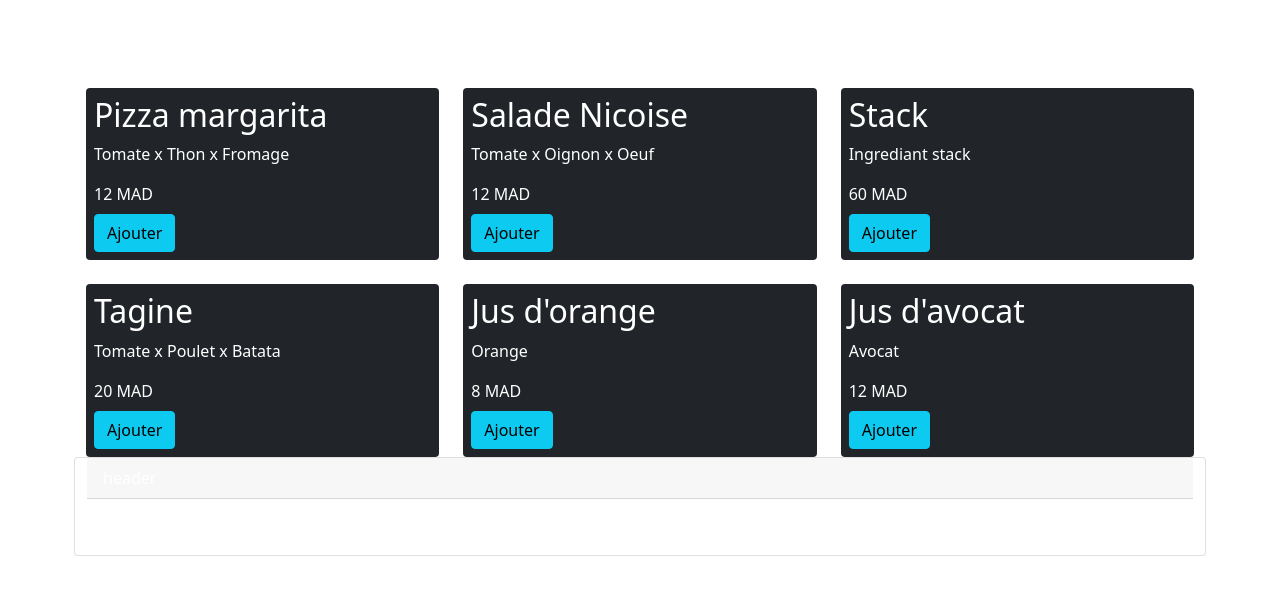
Repository: FS-23/my-restaurant
Page: /
An editor plug-in stored every save of this project. The page is shown before and after the next save, followed by the edit.
The browser window is 1280 px wide. The pictures show the whole page.
The project was rebuilt for these pictures with package versions that can differ from the ones it lists, and the page was loaded fresh each time.

Above is the page before, as saved 2022-04-29 14:08:17.

### public/index.html
<!DOCTYPE html>
<html lang="en">
  <head>
    <meta charset="utf-8" />
    <link rel="icon" href="%PUBLIC_URL%/favicon.ico" />
    <meta name="viewport" content="width=device-width, initial-scale=1" />
    <meta name="theme-color" content="#000000" />
    <meta
      name="description"
      content="Web site created using create-react-app"
    />
    <link rel="apple-touch-icon" href="%PUBLIC_URL%/logo192.png" />
    <!--
      manifest.json provides metadata used when your web app is installed on a
      user's mobile device or desktop. See https://developers.google.com/web/fundamentals/web-app-manifest/
    -->
    <link rel="manifest" href="%PUBLIC_URL%/manifest.json" />
    <!--
      Notice the use of %PUBLIC_URL% in the tags above.
      It will be replaced with the URL of the `public` folder during the build.
      Only files inside the `public` folder can be referenced from the HTML.

      Unlike "/favicon.ico" or "favicon.ico", "%PUBLIC_URL%/favicon.ico" will
      work correctly both with client-side routing and a non-root public URL.
      Learn how to configure a non-root public URL by running `npm run build`.
    -->
    <title>React App</title>
    <!-- CSS only -->
<link href="https://cdn.jsdelivr.net/npm/bootstrap@5.1.3/dist/css/bootstrap.min.css" rel="stylesheet">
  </head>
  <body>
    <noscript>You need to enable JavaScript to run this app.</noscript>
    <div id="root"></div>
    <!--
      This HTML file is a template.
      If you open it directly in the browser, you will see an empty page.

      You can add webfonts, meta tags, or analytics to this file.
      The build step will place the bundled scripts into the <body> tag.

      To begin the development, run `npm start` or `yarn start`.
      To create a production bundle, use `npm run build` or `yarn build`.
    -->
  </body>
</html>

### src/index.css
.plat-container:hover {
     top: -10px;

}

.plat-container {
  top: 0;
  transition: top 0.5s;
}


.app-gradient-container {
   background-image: linear-gradient(160deg , red , blue);
   opacity: 0.2;
}

### src/App.js
import Menu from './components/Menu'
function App() {
  return (
    <div className="">
       <div className='vw-100 vh-100 position-fixed text-white'>
           <div className='position-absolute d-none top-0 w-100 h-100 bg-dark app-gradient-container'>

           </div>
           <div className="mt-5 p-3 rounded container ">
              <Menu />
           </div>
       </div>
    </div>
  );
}

export default App;

### src/components/Menu.js
import { useState } from "react"
import Plat from "./Plat"
function Menu(){
    let [orders , setOrders] = useState([])
    let menuList = [
          {id: 1 , name: "Pizza margarita" , price: 12 , ingredient: "Tomate x Thon x Fromage"},
          {id: 2 , name: "Salade Nicoise" , price: 12 , ingredient: "Tomate x Oignon x Oeuf"},
          {id: 3 , name: "Stack" , price: 60 , ingredient: "Ingrediant stack"},
          {id: 4 , name: "Tagine" , price: 20 , ingredient: "Tomate x Poulet x Batata"},
          {id: 5 , name: "Jus d'orange" , price: 8 , ingredient: "Orange"},
          {id: 6 , name: "Jus d'avocat" , price: 12 , ingredient: "Avocat"},
    ]

    return (
        <div className="row">
           {
               menuList.map((menu) =>   < Plat name= {menu.name} price={menu.price} ingredient={menu.ingredient} />)
           }
           <div className="card w-100 m-auto">
                 <div className="card-header">header</div>
                  <div className="card-body">body</div>
           </div>
           <div className="bg-dark rounded mt-5">


           </div>

        </div>
    )
}

export default Menu

### src/components/Plat.js

function Plat (props){
    return(
        <div className=" col-1 col-sm-2 col-lg-4 mt-4 position-relative plat-container" >
            <div className="bg-dark p-2 rounded">
                <h2>{props.name} </h2>
                <p> {props.ingredient}</p>
                <div>
                    {props.price} MAD
                </div>
                <button className="btn btn-info mt-2">Ajouter</button>
            </div>
       </div>


    )
}

export default Plat

Loaded but not shown: src/index.js (common file)

After the next save:
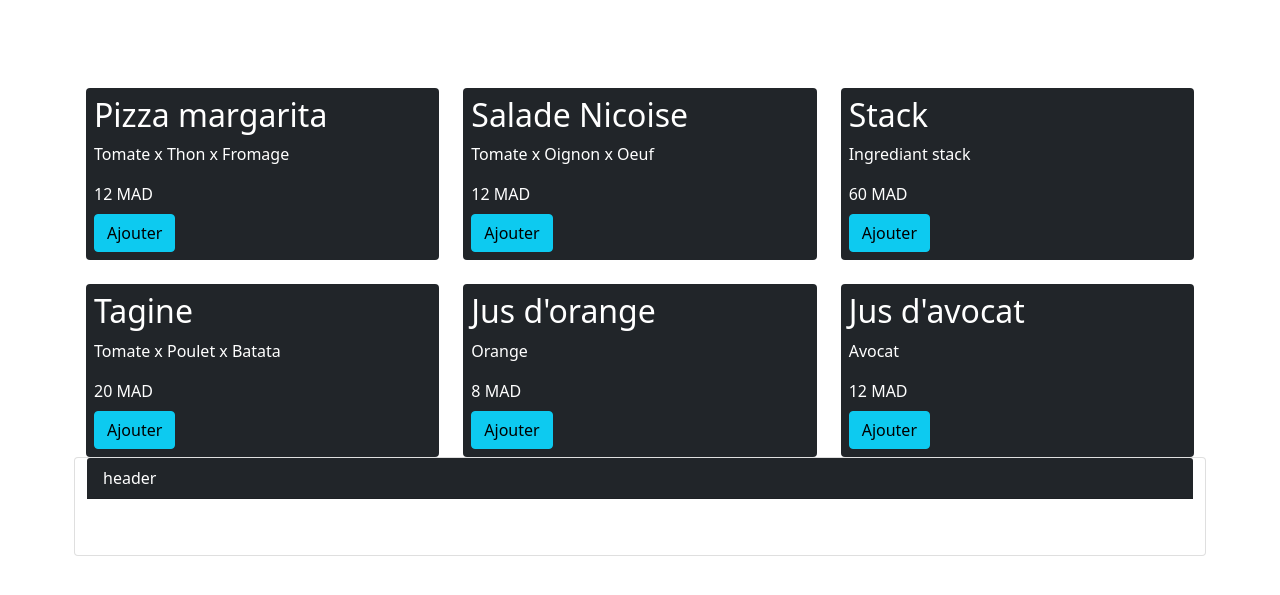
Saved 5 s later.
--- a/src/components/Menu.js
+++ b/src/components/Menu.js
@@ -17,7 +17,7 @@ function Menu(){
                menuList.map((menu) =>   < Plat name= {menu.name} price={menu.price} ingredient={menu.ingredient} />)
            }
            <div className="card w-100 m-auto">
-                 <div className="card-header">header</div>
+                 <div className="card-header bg-dark">header</div>
                   <div className="card-body">body</div>
            </div>
            <div className="bg-dark rounded mt-5">
